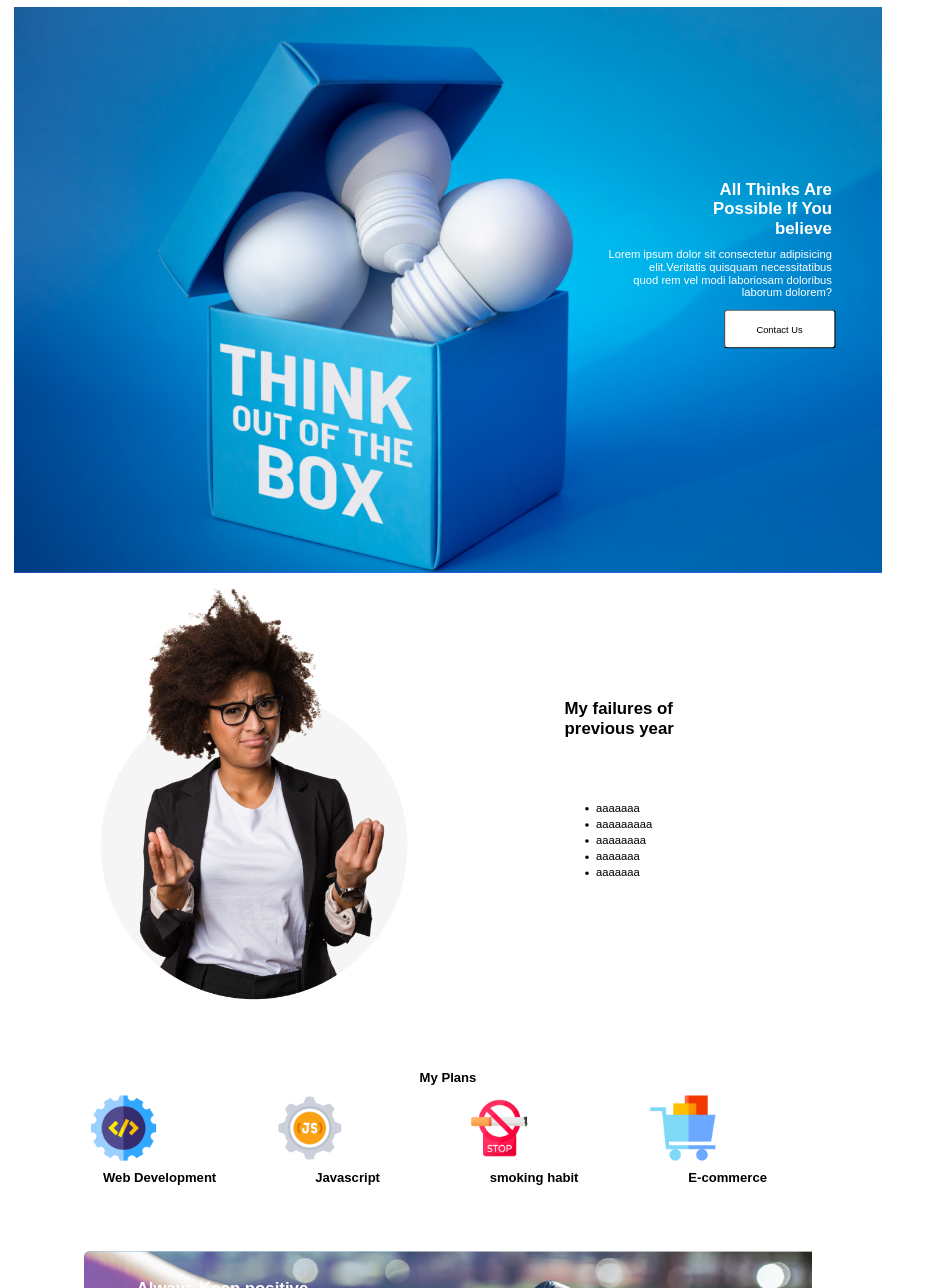
Repository: sadiaafsana138/All-Thinks-Are-Possible-Website
Page: index.html
These files come from the project's save history. The page is drawn as it stood at one moment and after the next save; the edit follows.
The browser window is 1280 px wide. The page is 1344 px wide, so the pictures cover 1344 px, including what lies to the right of the window. The pictures show the part of the page from y = 0 to 1840 px (the page is 2597 px tall before and 2587 px after), at 70% of full size.

Above is the page before, as saved 2023-01-08 13:34:55.

After the next save:
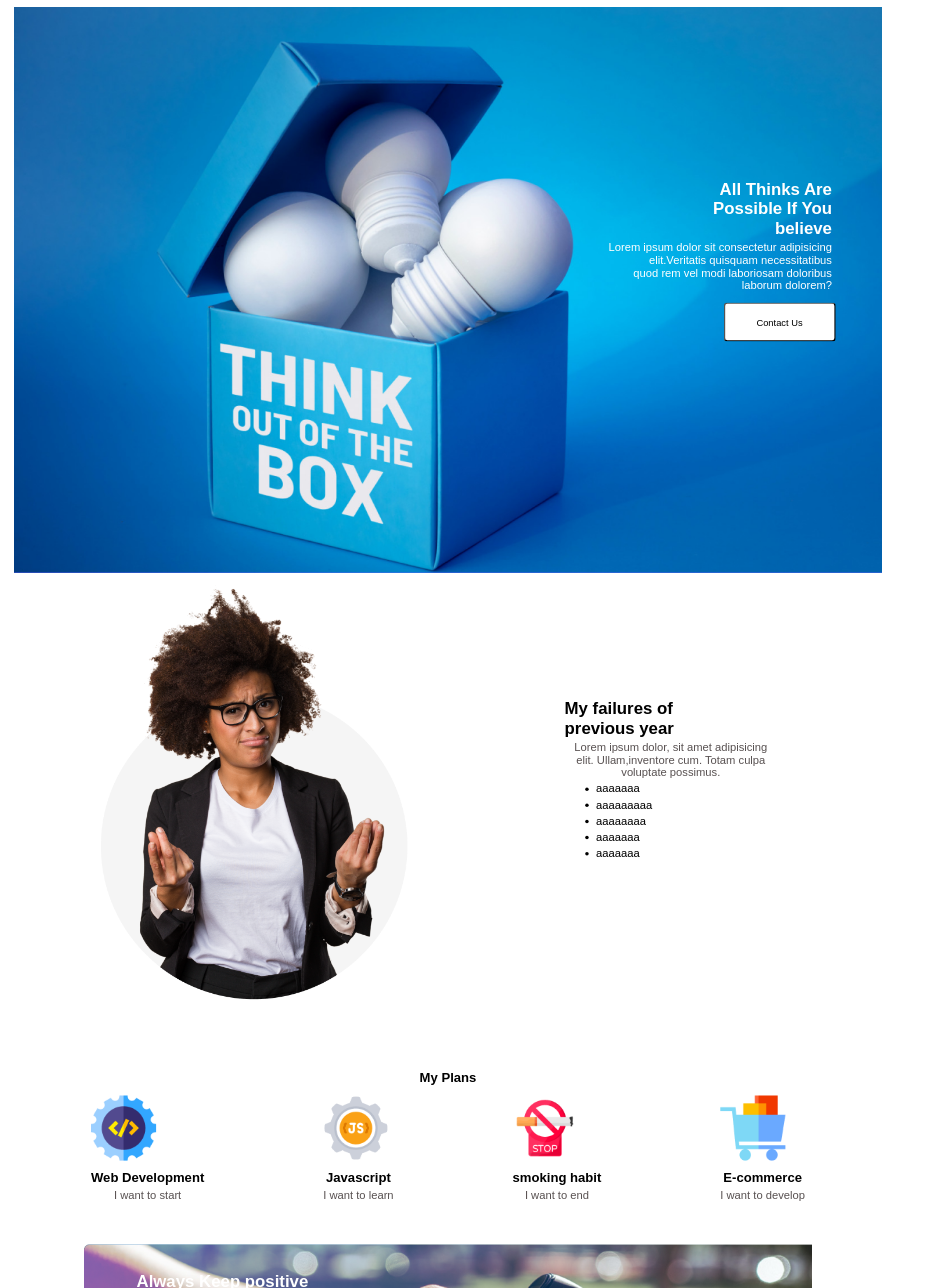
Saved 33 s later.
--- a/styles/web.css
+++ b/styles/web.css
@@ -106,7 +106,7 @@ p{
     background-color: black;
     display: flex;
 }
-#footerdetails h2,p{
+#footerdetails h2{
     padding-top: 10px;
     color: white;
     text-align:left;
